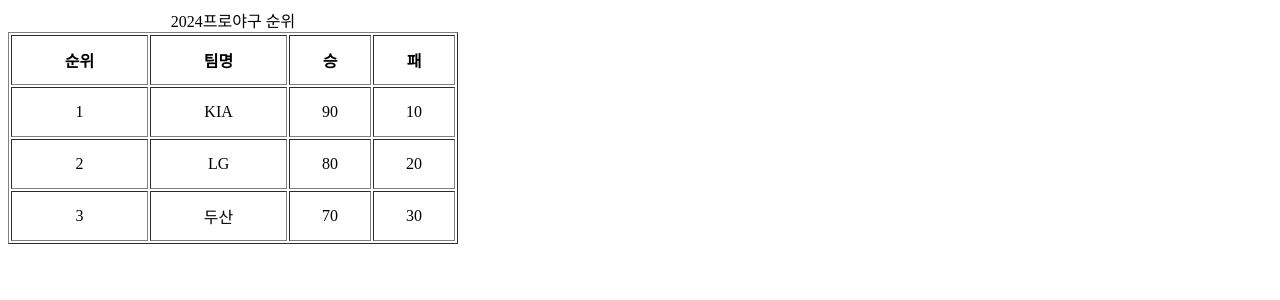
Repository: angelSuho/KCC_Learning_Repo
Page: Html/WebContent/table.html
These files come from the project's save history. The page is drawn as it stood at one moment and after the next save; the edit follows.
The browser window is 1280 px wide. The pictures show the whole page.

Above is the page before, as saved 2024-07-08 05:27:02.

### Html/WebContent/table.html
<!DOCTYPE html>
<html>
<head>
<meta charset="UTF-8">
<title>Insert title here</title>
</head>
<body>
	<table width="450" border="1">
		<caption>2024프로야구 순위</caption>
		<thead>
			<tr height="50" align="center">
				<th>순위</th>
				<th>팀명</th>
				<th>승</th>
				<th>패</th>
			</tr>
		</thead>
		<tbody>
			<tr height="50" align="center">
			<td>1</td>
			<td>KIA</td>
			<td>90</td>
			<td>10</td>
			</tr>
			<tr height="50" align="center">
			<td>2</td>
			<td>LG</td>
			<td>80</td>
			<td>20</td>
			</tr>
			<tr height="50" align="center">
			<td>3</td>
			<td>두산</td>
			<td colspan=1>70</td>
			<td>30</td>
			</tr>
		</tbody>
	</table>
</body>
</html>

After the next save:
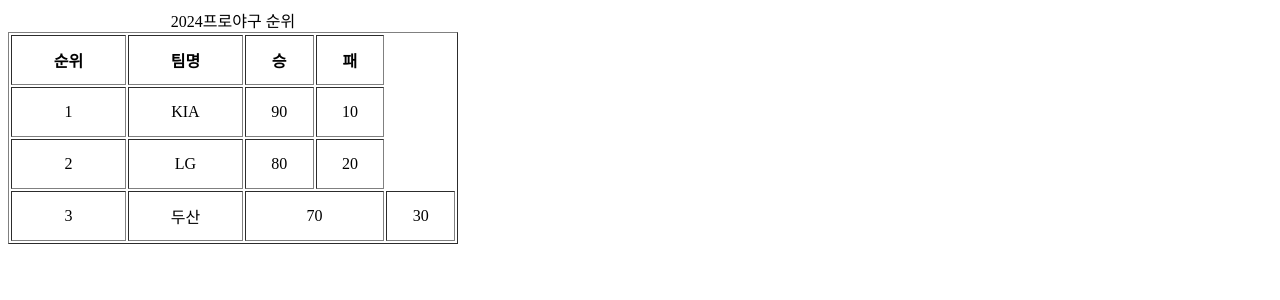
Saved 31 s later.
--- a/Html/WebContent/table.html
+++ b/Html/WebContent/table.html
@@ -31,7 +31,7 @@
 			<tr height="50" align="center">
 			<td>3</td>
 			<td>두산</td>
-			<td colspan=1>70</td>
+			<td colspan="2">70</td>
 			<td>30</td>
 			</tr>
 		</tbody>
